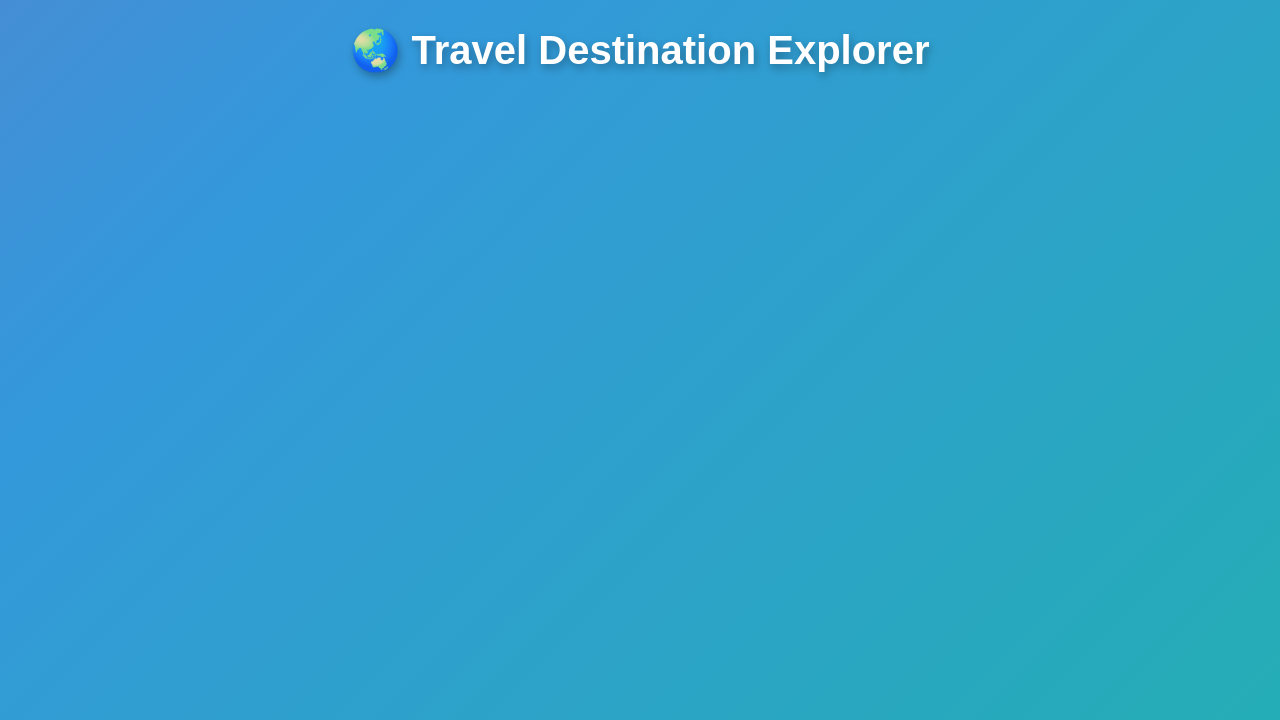
Repository: clara20050224/TravelDestination
Page: /
An editor plug-in stored every save of this project. The page is shown before and after the next save, followed by the edit.
The browser window is 1280 px wide. The pictures show the whole page.
The project was rebuilt for these pictures with package versions that can differ from the ones it lists, and the page was loaded fresh each time.

Above is the page before, as saved 2025-10-28 22:35:48.

### index.html
<!doctype html>
<html lang="en">
  <head>
    <meta charset="UTF-8" />
    <meta name="viewport" content="width=device-width, initial-scale=1.0" />
    <title>Travel Destination Explorer</title>
  </head>
  <body>
    <!-- 👇 Ini penting -->
    <div id="root"></div>
    <script type="module" src="/src/main.jsx"></script>
  </body>
</html>

### src/App.jsx
import React from "react";
import "./index.css";

function App() {
  return (
    <div className="container">
      <h1 className="judul">🌏 Travel Destination Explorer</h1>
    </div>
  );
}

export default App;

### src/index.css
@tailwind base;
@tailwind components;
@tailwind utilities;


/* Background Animasi Gradien */
body {
  margin: 0;
  padding: 0;
  font-family: "Poppins", sans-serif;
  background: linear-gradient(-45deg, #1abc9c, #3498db, #9b59b6, #f39c12);
  background-size: 400% 400%;
  animation: gradientBG 12s ease infinite;
  min-height: 100vh;
  display: flex;
  justify-content: center;
  align-items: flex-start;
}

/* Animasi background */
@keyframes gradientBG {
  0% { background-position: 0% 50%; }
  50% { background-position: 100% 50%; }
  100% { background-position: 0% 50%; }
}

/* Container Utama */
.container {
  max-width: 1200px;
  width: 100%;
  padding: 20px;
  color: #fff;
}

/* Judul */
.judul {
  text-align: center;
  font-size: 2.5rem;
  font-weight: 700;
  margin-bottom: 30px;
  text-shadow: 2px 4px 8px rgba(0,0,0,0.3);
}

/* Grid Produk */
.produk-container {
  display: grid;
  grid-template-columns: repeat(auto-fill, minmax(260px, 1fr));
  gap: 25px;
  margin-bottom: 40px;
}

/* Card Produk dengan Glassmorphism */
.card {
  background: rgba(255, 255, 255, 0.15);
  backdrop-filter: blur(12px);
  border-radius: 20px;
  overflow: hidden;
  box-shadow: 0 10px 25px rgba(0,0,0,0.2);
  transition: transform 0.3s ease, box-shadow 0.3s ease;
}

.card:hover {
  transform: translateY(-8px) scale(1.02);
  box-shadow: 0 15px 35px rgba(0,0,0,0.3);
}

/* Gambar Produk */
.card-img {
  width: 100%;
  height: 200px;
  object-fit: cover;
  transition: transform 0.4s ease;
}

.card:hover .card-img {
  transform: scale(1.08);
}

/* Isi Card */
.card-title {
  font-size: 1.3rem;
  font-weight: 600;
  margin: 15px;
  color: #fff;
}

.card-desc {
  font-size: 0.9rem;
  margin: 0 15px 10px;
  color: #f1f1f1;
  line-height: 1.4;
}

.card-price {
  font-weight: bold;
  margin: 0 15px 15px;
  font-size: 1.1rem;
  color: #2ecc71;
}

/* Tombol Add dengan Efek Shine */
.btn-add {
  background: linear-gradient(135deg, #2ecc71, #27ae60);
  color: #fff;
  font-weight: 600;
  border: none;
  border-radius: 30px;
  padding: 12px 20px;
  margin: 0 15px 20px;
  cursor: pointer;
  position: relative;
  overflow: hidden;
  transition: transform 0.25s ease;
}

.btn-add:hover {
  transform: scale(1.05);
}

.btn-add::before {
  content: "";
  position: absolute;
  top: 0;
  left: -75px;
  width: 50px;
  height: 100%;
  background: rgba(255,255,255,0.6);
  transform: skewX(-25deg);
}

.btn-add:hover::before {
  animation: shine 0.8s ease;
}

@keyframes shine {
  0% { left: -75px; }
  100% { left: 125%; }
}

/* Keranjang */
.cart {
  background: rgba(255, 255, 255, 0.15);
  backdrop-filter: blur(15px);
  padding: 20px;
  border-radius: 20px;
  box-shadow: 0 10px 25px rgba(0,0,0,0.2);
  color: #fff;
  animation: fadeIn 1s ease;
}

.cart h2 {
  margin-bottom: 15px;
  font-size: 1.5rem;
}

.cart ul {
  list-style: none;
  padding: 0;
  margin: 0;
}

.cart li {
  padding: 8px 0;
  border-bottom: 1px dashed rgba(255,255,255,0.3);
}

.cart li:last-child {
  border-bottom: none;
}

.cart strong {
  color: #ffeb3b;
}

/* Animasi FadeIn */
@keyframes fadeIn {
  from { opacity: 0; transform: translateY(15px); }
  to { opacity: 1; transform: translateY(0); }
}

### src/components/DestinationList.jsx
export default function DestinationList({ destinations, onSelect, children }) {
  return (
    <div className="grid grid-cols-1 sm:grid-cols-2 md:grid-cols-3 gap-6 mt-8">
      {destinations.map(destination => (
        <div key={destination.id} className="card bg-white">
          <img
            src={destination.imageUrl}
            alt={destination.name}
            className="h-48 w-full object-cover"
          />
          <div className="p-4">
            <h2 className="text-xl font-semibold">{destination.name}</h2>
            <p className="text-gray-500">{destination.location}</p>
            <p className="mt-1 text-yellow-500">⭐ {destination.rating}</p>
            <button
              onClick={() => onSelect(destination)}
              className="mt-3 bg-green-500 text-white px-4 py-2 rounded hover:bg-green-600"
            >
              Lihat Detail
            </button>
            {children(destination)}
          </div>
        </div>
      ))}
    </div>
  );
}

### src/components/DestinationDetail.jsx
export default function DestinationDetail({ destination, onClose }) {
  return (
    <div className="fixed inset-0 bg-black/50 flex justify-center items-center z-50">
      <div className="bg-white rounded-xl p-6 max-w-md text-center relative shadow-lg">
        <button
          onClick={onClose}
          className="absolute top-3 right-3 text-gray-500 hover:text-black"
        >✕</button>
        <img src={destination.imageUrl} alt={destination.name} className="w-full h-56 object-cover rounded-lg" />
        <h2 className="text-2xl font-bold mt-3">{destination.name}</h2>
        <p className="text-gray-600">{destination.location}</p>
        <p className="text-yellow-500 font-semibold mt-2">⭐ {destination.rating}</p>
      </div>
    </div>
  );
}

Loaded but not shown: src/main.jsx (common file)

After the next save:
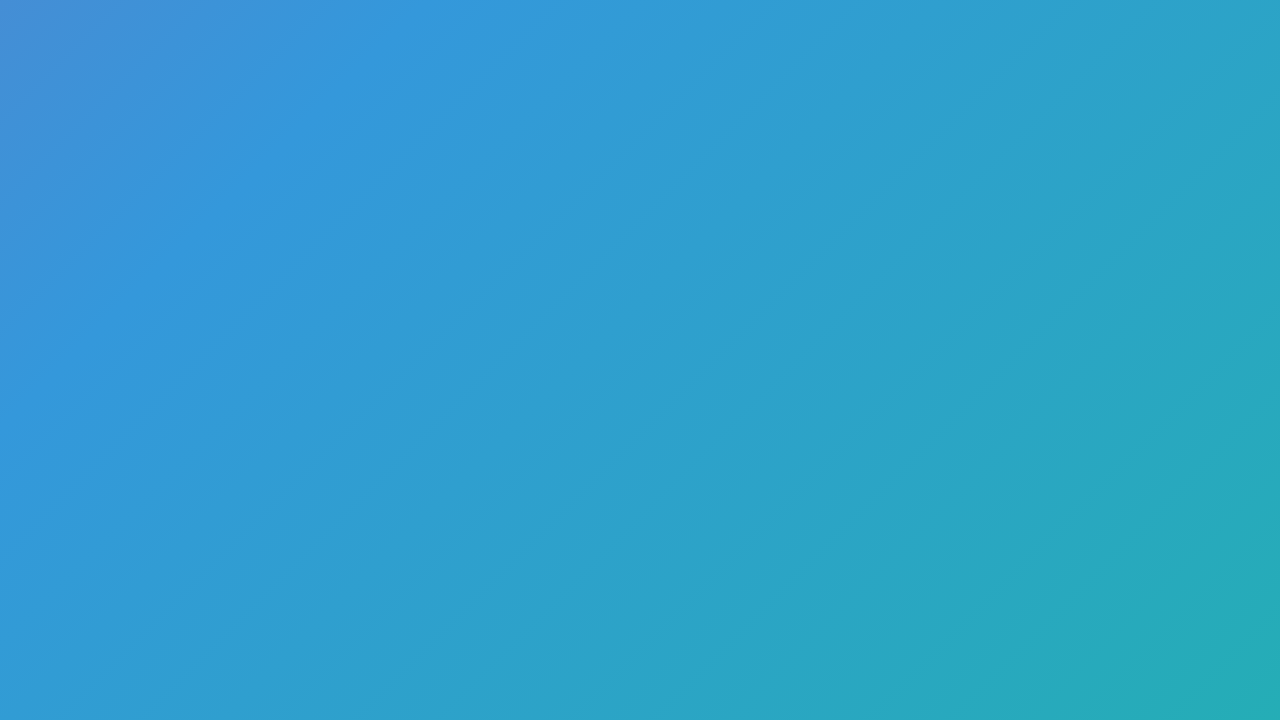
Console error: TypeError: children is not a function
Saved 22 s later.
--- a/src/App.jsx
+++ b/src/App.jsx
@@ -1,10 +1,80 @@
-import React from "react";
-import "./index.css";
+import React, { useState } from "react";
+import DestinationList from "./components/DestinationList";
+import DestinationDetail from "./components/DestinationDetail";
+
+const destinations = [
+  {
+    id: 1,
+    name: "Korea Selatan",
+    image: "https://images.unsplash.com/photo-1549693578-d683be217e58",
+    description:
+      "Nikmati budaya modern dan tradisional Seoul, dengan kuliner khas seperti kimchi dan street food yang terkenal.",
+  },
+  {
+    id: 2,
+    name: "Jepang",
+    image: "https://images.unsplash.com/photo-1559181567-c3190ca9959b",
+    description:
+      "Rasakan keindahan bunga sakura, budaya disiplin, dan teknologi canggih di Tokyo dan Kyoto.",
+  },
+  {
+    id: 3,
+    name: "Swiss",
+    image: "https://images.unsplash.com/photo-1501785888041-af3ef285b470",
+    description:
+      "Negara pegunungan Alpen dengan pemandangan salju yang menakjubkan dan cokelat terbaik di dunia.",
+  },
+  {
+    id: 4,
+    name: "New York",
+    image: "https://images.unsplash.com/photo-1549924231-f129b911e442",
+    description:
+      "Kota yang tidak pernah tidur, dengan gedung pencakar langit, Broadway, dan Central Park yang ikonik.",
+  },
+  {
+    id: 5,
+    name: "Jerman",
+    image: "https://images.unsplash.com/photo-1505761671935-60b3a7427bad",
+    description:
+      "Negara dengan sejarah yang kaya, arsitektur klasik, dan kota modern seperti Berlin dan Munich.",
+  },
+  {
+    id: 6,
+    name: "Thailand",
+    image: "https://images.unsplash.com/photo-1555653401-3f306c3b8d04",
+    description:
+      "Negara tropis dengan pantai eksotis, makanan lezat, dan keramahan budaya Asia Tenggara.",
+  },
+  {
+    id: 7,
+    name: "Belanda",
+    image: "https://images.unsplash.com/photo-1533934973987-16b5b3f1df34",
+    description:
+      "Negeri kincir angin dan bunga tulip yang menawan, dengan kanal indah di Amsterdam.",
+  },
+];
 
 function App() {
+  const [selectedDestination, setSelectedDestination] = useState(null);
+
   return (
-    <div className="container">
-      <h1 className="judul">🌏 Travel Destination Explorer</h1>
+    <div className="min-h-screen bg-gradient-to-br from-blue-500 to-cyan-400 text-white font-sans">
+      <header className="text-center py-6 text-3xl font-bold drop-shadow-lg">
+        🌏 Travel Destination Explorer
+      </header>
+
+      <div className="flex flex-col md:flex-row justify-center items-start px-6 gap-8">
+        <DestinationList
+          destinations={destinations}
+          onSelect={setSelectedDestination}
+          selectedId={selectedDestination?.id}
+        />
+        <DestinationDetail destination={selectedDestination} />
+      </div>
+
+      <footer className="text-center py-4 text-sm opacity-80 mt-6">
+        © 2025 Travel Explorer by pa
+      </footer>
     </div>
   );
 }
